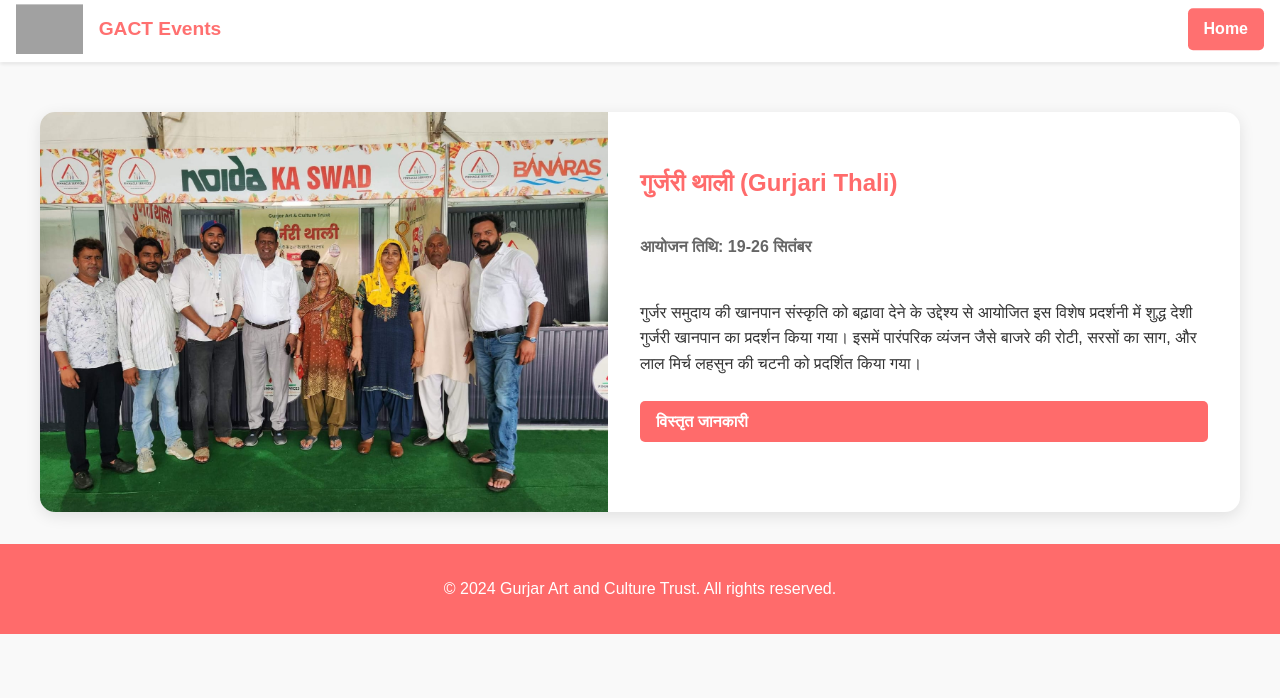
Repository: thegurjararyan/website-master
Page: gurjarthaliall.html
The author's editor kept a copy of each file at every save. The page is drawn from the files as they stood at one save, then again after the next save.
The browser window is 1280 px wide. The pictures show the whole page.
Pictures or frames that could not be fetched are drawn as grey boxes.

Above is the page before, as saved 2024-11-06 12:01:07.

### gurjarthaliall.html
<!DOCTYPE html>
<html lang="en">
<head>
    <meta charset="UTF-8">
    <meta name="viewport" content="width=device-width, initial-scale=1.0">
    <title>Gurjar Art and Culture Trust Events</title>
    <script src="https://cdnjs.cloudflare.com/ajax/libs/gsap/3.11.4/gsap.min.js"></script>
    <script src="https://cdnjs.cloudflare.com/ajax/libs/gsap/3.11.4/ScrollTrigger.min.js"></script>
    <link rel="icon" type="image/png" href="assets/logo.png">

    <style>
        :root {
            --primary-color: #ff6b6b;
            --text-color: #333333;
            --light-bg: #f9f9f9;
        }

        body {
            font-family: 'Arial', sans-serif;
            line-height: 1.6;
            color: var(--text-color);
            background-color: var(--light-bg);
            margin: 0;
            padding: 0;
        }

        .navbar {
            background-color: #ffffff;
            box-shadow: 0 2px 4px rgba(0,0,0,0.1);
            padding: 0.5rem 1rem;
            display: flex;
            justify-content: space-between;
            align-items: center;
            position: fixed;
            width: 100%;
            top: 0;
            z-index: 1000;
            box-sizing: border-box;
            transition: all 0.3s ease;
        }

        .logo-title {
            display: flex;
            align-items: center;
            gap: 1rem;
        }

        .logo { height: 50px; }

        .title {
            font-size: 1.2rem;
            font-weight: bold;
            color: var(--primary-color);
        }

        .nav-buttons { display: flex; gap: 1rem; }

        .btn {
            background-color: var(--primary-color);
            color: #ffffff;
            padding: 0.5rem 1rem;
            text-decoration: none;
            border-radius: 5px;
            font-weight: bold;
            transition: all 0.3s ease;
        }

        .btn:hover {
            background-color: #e05555;
        }

        .container {
            max-width: 1200px;
            margin: 7rem auto 2rem;
            padding: 0 1rem;
        }

        .event-card {
            background-color: #ffffff;
            border-radius: 15px;
            margin-bottom: 2rem;
            overflow: hidden;
            box-shadow: 0 4px 15px rgba(0,0,0,0.1);
            transition: all 0.3s ease;
            display: flex;
            flex-direction: column;
            min-height: 400px;
        }

        .card-image-container {
            position: relative;
            width: 100%;
            height: 100%;
            overflow: hidden;
            background-color: #f5f5f5;
            display: flex;
            align-items: center;
            justify-content: center;
        }

        .card-image {
            width: 100%;
            height: 100%;
            object-fit: cover;
            object-position: center;
        }

        .card-content {
            padding: 2rem;
            flex-grow: 1;
            display: flex;
            flex-direction: column;
        }

        .card-content h2 {
            color: var(--primary-color);
            margin-bottom: 1rem;
        }

        .card-content p {
            margin-bottom: 1.5rem;
        }

        .event-date {
            font-weight: bold;
            color: #666;
            margin-bottom: 1rem;
        }

        .read-more {
            display: inline-block;
            background-color: var(--primary-color);
            color: #ffffff;
            padding: 0.5rem 1rem;
            text-decoration: none;
            border-radius: 5px;
            font-weight: bold;
            transition: all 0.3s ease;
        }

        .read-more:hover {
            background-color: #e05555;
        }

        footer {
            background-color: var(--primary-color);
            color: #ffffff;
            text-align: center;
            padding: 1rem;
            margin-top: 2rem;
        }

        @media (max-width: 768px) {
            .navbar {
                flex-direction: row;
                align-items: center;
                padding: 0.5rem 1rem;
            }

            .logo-title {
                flex-grow: 1;
                justify-content: flex-start;
                margin-bottom: 0;
            }

            .title {
                font-size: 1rem;
            }

            .nav-buttons {
                flex-shrink: 0;
                justify-content: flex-end;
            }

            .btn {
                padding: 0.3rem 0.7rem;
                font-size: 0.9rem;
            }

            .container {
                margin-top: 5rem;
                padding: 0 0.5rem;
            }

            .event-card {
                margin-bottom: 1.5rem;
            }

            .card-image-container {
                height: 300px;
            }

            .card-content {
                padding: 1.5rem;
            }

            .card-content h2 {
                font-size: 1.3rem;
            }
        }

        @media (min-width: 769px) {
            .event-card {
                flex-direction: row;
                height: 400px;
            }

            .card-image-container {
                width: 50%;
                height: 100%;
            }

            .card-content {
                width: 50%;
            }
        }
    </style>
</head>
<body>
    <nav class="navbar">
        <div class="logo-title">
            <img src="https://tinypic.host/images/2024/10/25/GURJAR-ARTS-AND-CULTUR-LOGO-RED-1.png" alt="Gurjar Arts and Culture Trust Logo" class="logo">
            <span class="title">GACT Events</span>
        </div>
        <div class="nav-buttons">
            <a href="../index.html" class="btn">Home</a>
        </div>
    </nav>

    <div class="container">
        <!-- Event Card 1 -->
        <div class="event-card">
            <div class="card-image-container">
                <img src="../assets/gurjarthali9.jpg" alt="Gurjar Thali" class="card-image">
            </div>
            <div class="card-content">
                <h2>गुर्जरी थाली (Gurjari Thali)</h2>
                <p class="event-date"><strong>आयोजन तिथि:</strong> 19-26 सितंबर</p>
                <p>गुर्जर समुदाय की खानपान संस्कृति को बढ़ावा देने के उद्देश्य से आयोजित इस विशेष प्रदर्शनी में शुद्ध देशी गुर्जरी खानपान का प्रदर्शन किया गया। इसमें पारंपरिक व्यंजन जैसे बाजरे की रोटी, सरसों का साग, और लाल मिर्च लहसुन की चटनी को प्रदर्शित किया गया।</p>
                <a href="../eventspage/GT1.html" class="read-more">विस्तृत जानकारी</a>
            </div>
        </div>

    </div>

    <footer>
        <p>&copy; 2024 Gurjar Art and Culture Trust. All rights reserved.</p>
    </footer>

    <script>
        gsap.registerPlugin(ScrollTrigger);

        gsap.from(".navbar", {duration: 1, y: -100, opacity: 0, ease: "power3.out"});

        gsap.utils.toArray(".event-card").forEach((card, index) => {
            gsap.from(card, {
                scrollTrigger: {
                    trigger: card,
                    start: "top bottom-=100",
                },
                duration: 1,
                opacity: 0,
                y: 50,
                delay: 0.2 * index,
                ease: "power3.out"
            });
        });
    </script>
</body>
</html>

After the next save:
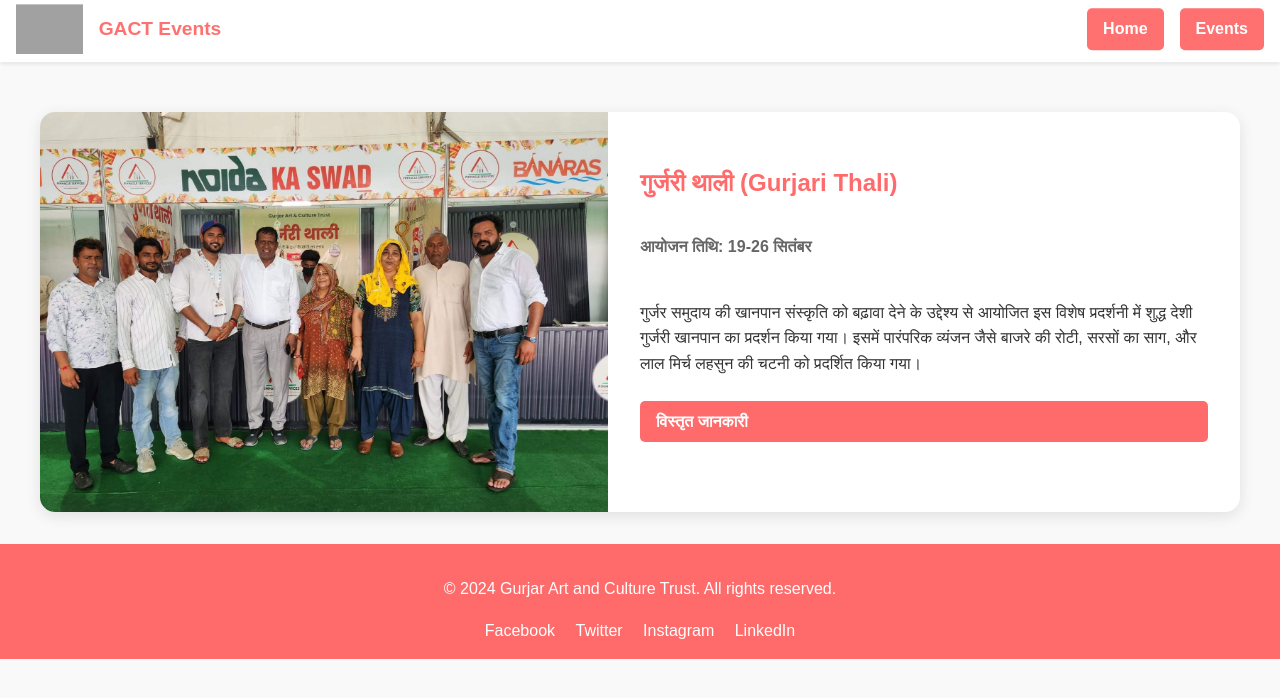
Saved 55 min 33 s later.
--- a/gurjarthaliall.html
+++ b/gurjarthaliall.html
@@ -150,6 +150,18 @@
             margin-top: 2rem;
         }
 
+        .social-media {
+            margin-top: 0.5rem;
+        }
+        .social-media a {
+            margin: 0 0.5rem;
+            color: #ffffff;
+            text-decoration: none;
+        }
+        .social-media a:hover {
+            text-decoration: underline;
+        }
+
         @media (max-width: 768px) {
             .navbar {
                 flex-direction: row;
@@ -224,6 +236,7 @@
         </div>
         <div class="nav-buttons">
             <a href="../index.html" class="btn">Home</a>
+            <a href="../index.html#events" class="btn">Events</a>
         </div>
     </nav>
 
@@ -245,6 +258,12 @@
 
     <footer>
         <p>&copy; 2024 Gurjar Art and Culture Trust. All rights reserved.</p>
+        <div class="social-media">
+            <a href="https://facebook.com" target="_blank">Facebook</a>
+            <a href="https://twitter.com" target="_blank">Twitter</a>
+            <a href="https://instagram.com" target="_blank">Instagram</a>
+            <a href="https://linkedin.com" target="_blank">LinkedIn</a>
+        </div>
     </footer>
 
     <script>
